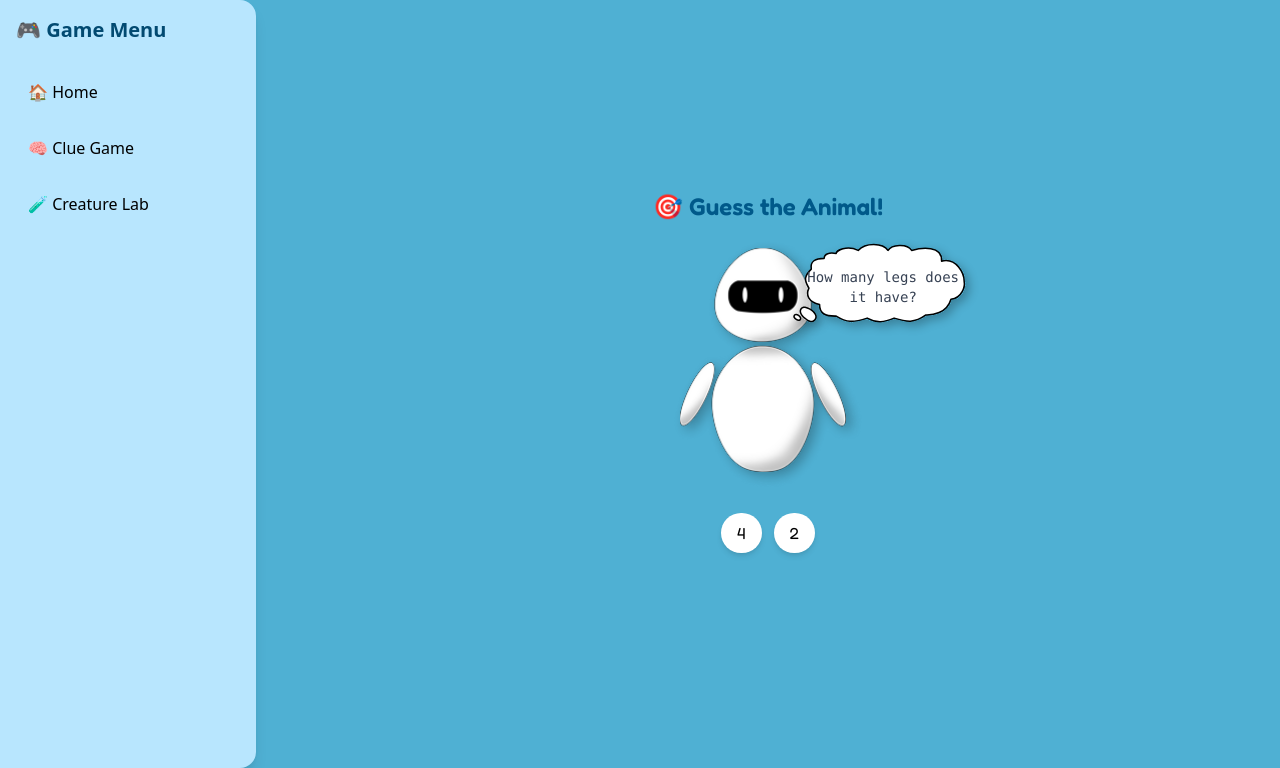
Repository: BN2323/TosAI
Page: /clue-game (app in client/)
These files come from the project's save history. The page is drawn as it stood at one moment and after the next save; the edit follows.
The browser window is 1280 px wide. The pictures show the whole page.
The project was rebuilt for these pictures with package versions that can differ from the ones it lists, and the page was loaded fresh each time. Also part of the build but not shown: client/vite.config.js, client/src/components/NavButton.jsx, client/src/pages/Home.jsx, client/src/pages/CreatureLab.jsx.

Above is the page before, as saved 2025-07-06 23:17:56.

### client/index.html
<!doctype html>
<html lang="en">
  <head>
    <meta charset="UTF-8" />
    <link rel="icon" type="image/svg+xml" href="/vite.svg" />
    <meta name="viewport" content="width=device-width, initial-scale=1.0" />
    <title>Vite + React</title>
    <link href="https://fonts.googleapis.com/css2?family=Fredoka:wght@400;600&display=swap" rel="stylesheet">
  </head>
  <body>
    <div id="root"></div>
    <script type="module" src="/src/main.jsx"></script>
  </body>
</html>

### client/src/index.css
@import "tailwindcss";

@layer components{
  .background{
    height: 100vh;
    width: 100%;
  }
  .button-hover{
    background-color: #62FFA3;
  }
  .main-col{
    background-color: #69CFF3;
  }
}

body {
  background-color: #4FB0D3;
  width: 100%;
  height: 100vh;
  overflow: hidden;
}

### client/src/App.jsx
import { BrowserRouter, Routes, Route } from "react-router-dom";
import Home from "./pages/Home";
import ClueGame from "./pages/ClueGame";
import CreatureLab from "./pages/CreatureLab";
import NavBar from "./components/NavBar";

export default function App() {
  return (
    <BrowserRouter>
      <div className="flex min-h-screen">
        {/* Sidebar */}
        <NavBar />

        {/* Page Content */}
        <div className="flex-1 p-6">
          <Routes>
            <Route path="/" element={<Home />} />
            <Route path="/clue-game" element={<ClueGame />} />
            <Route path="/creature-lab" element={<CreatureLab />} />
          </Routes>
        </div>
      </div>
    </BrowserRouter>
  );
}

### client/src/pages/ClueGame.jsx
import React, { useState, useEffect } from "react";
import Botto from "../assets/botto.png"
import DClound from "../assets/dialog clound.svg"
import Pig from "../assets/animals/pig.jpg"
import Dog from "../assets/animals/dog.jpg"
import Cat from "../assets/animals/cat.jpg"
import Cow from "../assets/animals/cow.jpg"
import Sheep from "../assets/animals/sheep.jpg"
import Horse from "../assets/animals/horse.jpg"
import Chicken from "../assets/animals/chicken.jpg"
import Duck from "../assets/animals/duck.jpg"
import Eagle from "../assets/animals/eagle.jpg"
import Owl from "../assets/animals/owl.jpg"
import Parrot from "../assets/animals/parrot.jpg"

export const animals = [
  { name: "Pig", legs: 4, habitat: "Farm", fly: "no", size: "medium", active: "day", color: "pink", sound: "Oink", src: Pig },
  { name: "Dog", legs: 4, habitat: "House", fly: "no", size: "medium", active: "day", color: "varies", sound: "Woof", src: Dog },
  { name: "Cat", legs: 4, habitat: "House", fly: "no", size: "small", active: "night", color: "varies", sound: "Meow", src: Cat },
  { name: "Cow", legs: 4, habitat: "Farm", fly: "no", size: "large", active: "day", color: "black and white", sound: "Moo", src: Cow },
  { name: "Sheep", legs: 4, habitat: "Farm", fly: "no", size: "medium", active: "day", color: "white", sound: "Baa", src: Sheep },
  { name: "Horse", legs: 4, habitat: "Farm", fly: "no", size: "large", active: "day", color: "brown", sound: "Neigh", src: Horse },
  { name: "Chicken", legs: 2, habitat: "Farm", fly: "yes", size: "small", active: "day", color: "white", sound: "Cluck", src: Chicken },
  { name: "Duck", legs: 2, habitat: "Pond", fly: "yes", size: "medium", active: "day", color: "white", sound: "Quack", src: Duck },
  { name: "Eagle", legs: 2, habitat: "Forest", fly: "yes", size: "large", active: "day", color: "brown", sound: "Screech", src: Eagle },
  { name: "Owl", legs: 2, habitat: "Forest", fly: "yes", size: "small", active: "night", color: "brown", sound: "Hoot", src: Owl },
  { name: "Parrot", legs: 2, habitat: "House", fly: "yes", size: "small", active: "day", color: "green", sound: "Squawk", src: Parrot },
  // { name: "Bee", legs: 6, habitat: "Garden", fly: "yes", size: "tiny", active: "day", color: "yellow", sound: "Buzz", src: Bee },
  // { name: "Butterfly", legs: 6, habitat: "Garden", fly: "yes", size: "tiny", active: "day", color: "varies", sound: "Silent", src: Butterfly },
  // { name: "Frog", legs: 4, habitat: "Pond", fly: "no", size: "small", active: "night", color: "green", sound: "Croak", src: Frog },
  // { name: "Snake", legs: 0, habitat: "Forest", fly: "no", size: "medium", active: "day", color: "green", sound: "Hiss", src: Snake },
  // { name: "Wolf", legs: 4, habitat: "Forest", fly: "no", size: "medium", active: "night", color: "gray", sound: "Howl", src: Wolf },
  // { name: "Bear", legs: 4, habitat: "Forest", fly: "no", size: "large", active: "day", color: "brown", sound: "Growl", src: Bear },
  // { name: "Polar Bear", legs: 4, habitat: "Arctic", fly: "no", size: "large", active: "day", color: "white", sound: "Growl", src: PolarBear },
  // { name: "Penguin", legs: 2, habitat: "Arctic", fly: "no", size: "medium", active: "day", color: "black and white", sound: "Honk", src: Penguin },
  // { name: "Kangaroo", legs: 2, habitat: "Grassland", fly: "no", size: "large", active: "day", color: "brown", sound: "Chortle", src: Kangaroo },
  // { name: "Elephant", legs: 4, habitat: "Savanna", fly: "no", size: "large", active: "day", color: "gray", sound: "Trumpet", src: Elephant },
  // { name: "Lion", legs: 4, habitat: "Savanna", fly: "no", size: "large", active: "day", color: "golden", sound: "Roar", src: Lion },
  // { name: "Tiger", legs: 4, habitat: "Forest", fly: "no", size: "large", active: "night", color: "orange", sound: "Roar", src: Tiger },
  // { name: "Deer", legs: 4, habitat: "Forest", fly: "no", size: "medium", active: "day", color: "brown", sound: "Bleat", src: Deer },
  // { name: "Giraffe", legs: 4, habitat: "Savanna", fly: "no", size: "large", active: "day", color: "yellow", sound: "Silent", src: Giraffe },
  // { name: "Monkey", legs: 2, habitat: "Forest", fly: "no", size: "small", active: "day", color: "brown", sound: "Chatter", src: Monkey },
  // { name: "Gorilla", legs: 2, habitat: "Forest", fly: "no", size: "large", active: "day", color: "black", sound: "Grunt", src: Gorilla },
  // { name: "Fox", legs: 4, habitat: "Forest", fly: "no", size: "small", active: "night", color: "red", sound: "Yip", src: Fox },
  // { name: "Bat", legs: 2, habitat: "Cave", fly: "yes", size: "small", active: "night", color: "black", sound: "Screech", src: Bat },
  // { name: "Rabbit", legs: 4, habitat: "Garden", fly: "no", size: "small", active: "night", color: "white", sound: "Silent", src: Rabbit },
  // { name: "Dolphin", legs: 0, habitat: "Ocean", fly: "no", size: "large", active: "day", color: "gray", sound: "Click", src: Dolphin },
  // { name: "Whale", legs: 0, habitat: "Ocean", fly: "no", size: "large", active: "day", color: "blue", sound: "Song", src: Whale },
  // { name: "Shark", legs: 0, habitat: "Ocean", fly: "no", size: "large", active: "day", color: "gray", sound: "Silent", src: Shark },
  // { name: "Goldfish", legs: 0, habitat: "Pond", fly: "no", size: "small", active: "day", color: "orange", sound: "Silent", src: Goldfish },
  // { name: "Crab", legs: 10, habitat: "Beach", fly: "no", size: "small", active: "day", color: "red", sound: "Clack", src: Crab },
  // { name: "Lobster", legs: 10, habitat: "Ocean", fly: "no", size: "medium", active: "night", color: "red", sound: "Clack", src: Lobster }
];


const questions = [
  { key: "legs", label: "How many legs does it have?" },
  { key: "fly", label: "Can it fly?" },
  { key: "habitat", label: "Where does it live?" },
  { key: "size", label: "What is its size?" },
  { key: "active", label: "Is it active during the day or night?" },
  { key: "color", label: "What is its main color?" },
  { key: "sound", label: "What sound does it make?" }
];

export default function ClueGame() {
  const [answers, setAnswers] = useState({});
  const [currentQIndex, setCurrentQIndex] = useState(0);
  const [gameOver, setGameOver] = useState(false);

  // Filter animals based on answers so far
  const remainingAnimals = animals.filter((animal) => {
    return Object.entries(answers).every(
      ([key, value]) => animal[key] === value
    );
  });

  // If only one animal left, end game
  if (remainingAnimals.length === 1 && !gameOver) {
    setGameOver(true);
  }

  // If no animals left, end game
  if (remainingAnimals.length === 0 && !gameOver) {
    setGameOver(true);
  }

  // Helper to get unique options for current question
  const getValidOptions = (questionKey, animalsList) => {
    const options = animalsList.map((a) => a[questionKey]);
    return [...new Set(options)];
  };

  const currentQuestion = questions[currentQIndex];

  // Options for current question filtered by remaining animals
  const options =
    currentQuestion && getValidOptions(currentQuestion.key, remainingAnimals);

  function handleAnswer(option) {
    const newAnswers = { ...answers, [currentQuestion.key]: option };
    setAnswers(newAnswers);

    // Filter animals after this answer
    const filtered = animals.filter((animal) =>
      Object.entries(newAnswers).every(([k, v]) => animal[k] === v)
    );

    if (filtered.length === 1 || filtered.length === 0) {
      setGameOver(true);
    } else {
      setCurrentQIndex(currentQIndex + 1);
    }
  }

  useEffect(() => {
    if (!gameOver && options && options.length === 1) {
      handleAnswer(options[0]);
      console.log(answers);
    }
  }, [options, gameOver]);

  return (
    <div className="min-h-screen w-full flex flex-col items-center justify-center px-4 py-6">
      {/* Game Title */}
      <h1 style={{ fontFamily: "Fredoka, sans-serif" }} className="text-2xl text-sky-800 font-semibold mb-4">
        🎯 Guess the Animal!
      </h1>

      {/* Bot + Question Bubble */}
      <div className="relative mb-6">
        <img src={Botto} alt="Bot" className="w-36 md:w-48" />
        <div className="absolute -top-2 left-[60%] w-48 h-28">
          <img src={DClound} alt="Speech Bubble" className="w-full h-full" />
          <div className="absolute top-5 left-4 right-4 flex items-center justify-center text-center">
            <p className="relative top-4 text-sm text-gray-700 font-mono">{currentQuestion.label}</p>
          </div>
        </div>
      </div>

      {/* Answer Buttons */}
      {!gameOver && currentQuestion && options.length > 1 && (
        <div className="flex flex-wrap gap-3 justify-center mb-6">
          {options.map((option) => (
            <button
              key={option}
              onClick={() => handleAnswer(option)}
              className="px-4 py-2 bg-white text-black text-base rounded-full shadow-md transition hover:bg-emerald-300 hover:scale-105"
              style={{ fontFamily: "Fredoka, sans-serif" }}
            >
              {option}
            </button>
          ))}
        </div>
      )}

      {/* Result */}
      {gameOver && (
        <div className="flex flex-col items-center mt-4">
          <div className="backdrop-blur-md bg-white/50 border border-white/30 rounded-2xl shadow-md px-4 py-4 w-72 h-52 flex flex-col items-center justify-between">
            <h3 className="text-lg font-medium text-sky-900">
              {remainingAnimals.length === 1
                ? `It's a ${remainingAnimals[0].name}! 🎉`
                : "Hmm... I don’t know. 😕"}
            </h3>
            <div className="w-28 h-28 overflow-hidden rounded-xl">
              {remainingAnimals[0] && (
                <img src={remainingAnimals[0].src} alt={remainingAnimals[0].name} className="object-cover w-full h-full" />
              )}
            </div>
          </div>

          <button
            onClick={() => {
              setAnswers({});
              setCurrentQIndex(0);
              setGameOver(false);
            }}
            className="mt-4 px-4 py-2 bg-white text-black text-base rounded-full shadow-md hover:bg-emerald-300 hover:scale-105"
            style={{ fontFamily: "Fredoka, sans-serif" }}
          >
            🔁 Play Again
          </button>
        </div>
      )}
    </div>
  );
}

### client/src/components/NavBar.jsx
import { Link } from "react-router-dom";

function NavBar() {
  return (
    <nav className="w-64 min-h-screen bg-sky-200 shadow-lg p-4 flex flex-col gap-2 rounded-tr-2xl rounded-br-2xl">
      <h2 className="text-xl font-bold text-sky-900 mb-4">🎮 Game Menu</h2>

      <Link
        to="/"
        className="p-3 rounded-lg hover:bg-amber-300 transition-colors duration-200 font-medium"
      >
        🏠 Home
      </Link>

      <Link
        to="/clue-game"
        className="p-3 rounded-lg hover:bg-amber-300 transition-colors duration-200 font-medium"
      >
        🧠 Clue Game
      </Link>

      <Link
        to="/creature-lab"
        className="p-3 rounded-lg hover:bg-amber-300 transition-colors duration-200 font-medium"
      >
        🧪 Creature Lab
      </Link>
    </nav>
  );
}

export default NavBar;

Loaded but not shown: client/src/main.jsx (common file)

After the next save:
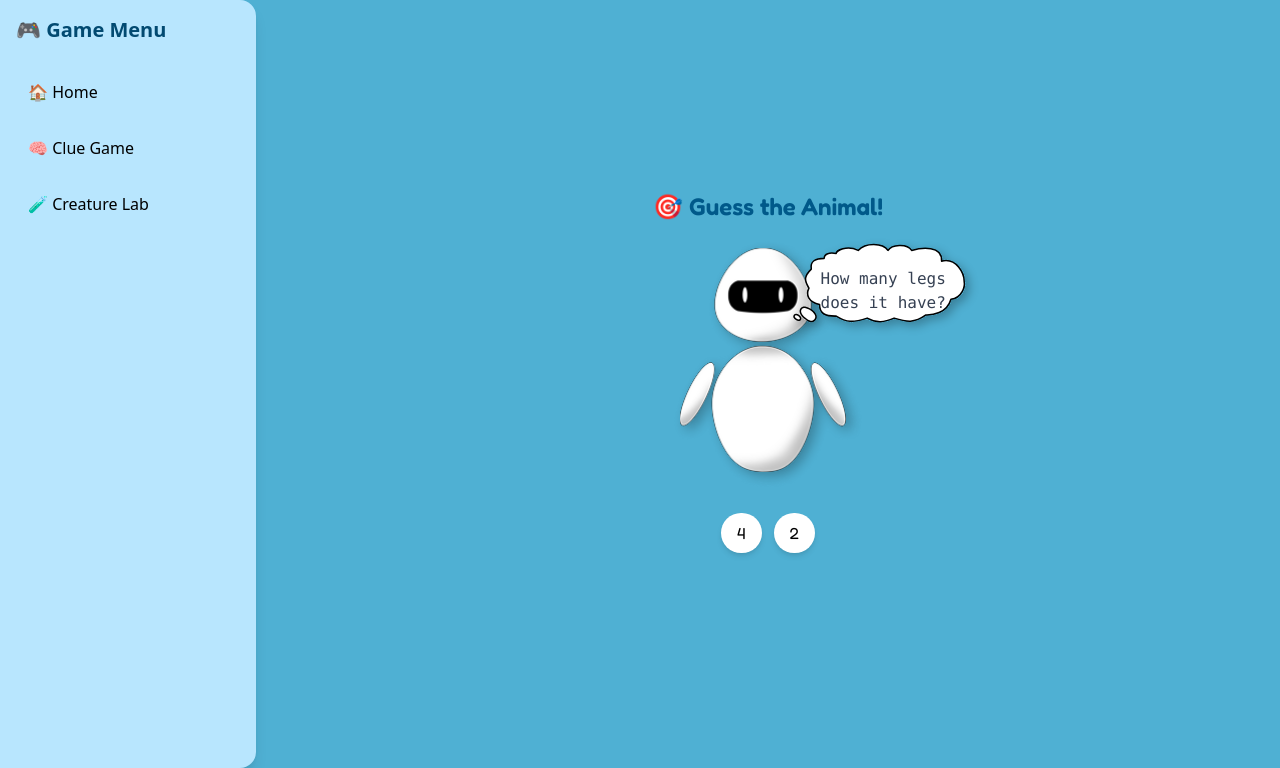
Saved 5 min 9 s later.
--- a/client/src/pages/ClueGame.jsx
+++ b/client/src/pages/ClueGame.jsx
@@ -133,7 +133,7 @@ export default function ClueGame() {
         <div className="absolute -top-2 left-[60%] w-48 h-28">
           <img src={DClound} alt="Speech Bubble" className="w-full h-full" />
           <div className="absolute top-5 left-4 right-4 flex items-center justify-center text-center">
-            <p className="relative top-4 text-sm text-gray-700 font-mono">{currentQuestion.label}</p>
+            <p className="relative top-4 text-[16] text-gray-700 font-mono">{currentQuestion.label}</p>
           </div>
         </div>
       </div>
